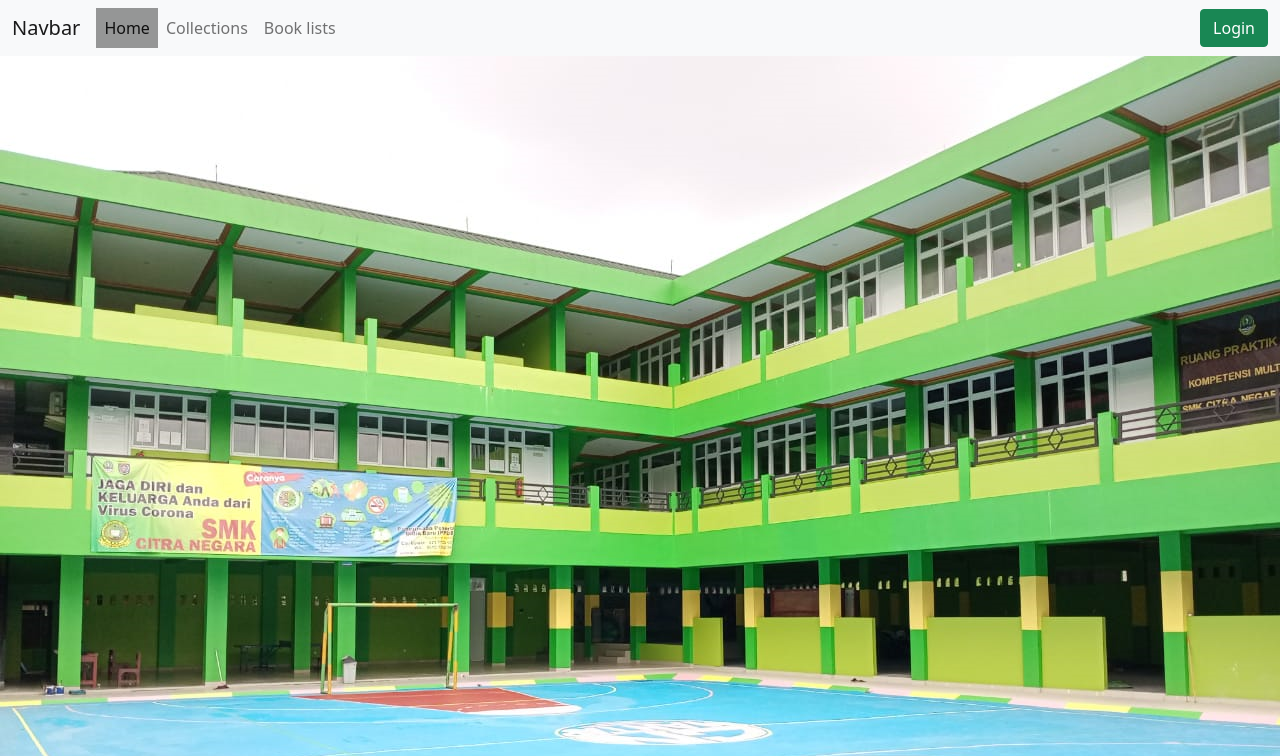
Repository: humanrizki/app-perpus-laravel-8
Page: http://localhost/home
An editor plug-in stored every save of this project. The page is shown before and after the next save, followed by the edit.
The browser window is 1280 px wide. The pictures show the whole page.
Some web libraries are served in a nearby version. The page is served by the project's Laravel application, run on PHP 8.4 with Laravel 8. Other server files are loaded and not shown.

Above is the page before, as saved 2021-11-25 11:49:34.

### routes/web.php
<?php

use App\Http\Controllers\CollectionController;
use Illuminate\Support\Facades\Route;

/*
|--------------------------------------------------------------------------
| Web Routes
|--------------------------------------------------------------------------
|
| Here is where you can register web routes for your application. These
| routes are loaded by the RouteServiceProvider within a group which
| contains the "web" middleware group. Now create something great!
|
*/

Route::get('/', function () {
    return view('welcome');
});

Auth::routes();

Route::get('/home', [App\Http\Controllers\HomeController::class, 'index'])->name('home');
Route::get('/collections',[CollectionController::class,'index'])->name('collections');
Route::get('/collections/{collection:slug}',[CollectionController::class,'show']);

### app/Http/Controllers/HomeController.php
<?php

namespace App\Http\Controllers;

use Illuminate\Http\Request;

class HomeController extends Controller
{
    /**
     * Create a new controller instance.
     *
     * @return void
     */
    public function __construct()
    {
        $this->middleware('guest');
    }

    /**
     * Show the application dashboard.
     *
     * @return \Illuminate\Contracts\Support\Renderable
     */
    public function index()
    {
        return view('HomeTemplate',[
            'title'=>'home page'
        ]);
    }
}

### resources/views/homeTemplate.blade.php
@extends('layouts.capp')
@section('content')
    <div class="container-img" style="width: 100%; height:700px; overflow:hidden;">
        <div class="img-content">
            <img src="img/cn.png" alt="" class="w-100" style="padding: 0px; margin:0px;">
        </div>
    </div>
@endsection

### resources/views/layouts/capp.blade.php
<!doctype html>
<html lang="en">
  <head>
    <meta charset="utf-8" />
    <meta http-equiv="X-UA-Compatible" content="IE=edge,chrome=1" />
    <meta content='width=device-width, initial-scale=1.0, maximum-scale=1.0, user-scalable=0, shrink-to-fit=no' name='viewport' />
    <title>{{ $title }}</title>

    <!--     Fonts and icons     -->
    <link href="https://fonts.googleapis.com/css?family=Montserrat:400,700,200" rel="stylesheet" />
    <link href="https://use.fontawesome.com/releases/v5.0.6/css/all.css" rel="stylesheet">
    <style>
      *,body{
        margin: 0px;
        padding: 0px;
      }
    </style>
    <link href="https://cdn.jsdelivr.net/npm/bootstrap@5.0.2/dist/css/bootstrap.min.css" rel="stylesheet" integrity="sha384-EVSTQN3/azprG1Anm3QDgpJLIm9Nao0Yz1ztcQTwFspd3yD65VohhpuuCOmLASjC" crossorigin="anonymous">
    <link rel="stylesheet" href="css/ul.css">
  </head>
  <body>
    @include('partials.header')
    @yield('content')

    <!--   Core JS Files   -->
    <script src="https://cdn.jsdelivr.net/npm/bootstrap@5.0.2/dist/js/bootstrap.bundle.min.js" integrity="sha384-MrcW6ZMFYlzcLA8Nl+NtUVF0sA7MsXsP1UyJoMp4YLEuNSfAP+JcXn/tWtIaxVXM" crossorigin="anonymous"></script>
  </body>
</html>

### resources/views/partials/header.blade.php

<nav class="navbar navbar-expand-lg navbar-light bg-light">
    <div class="container-fluid">
      <a class="navbar-brand" href="#">Navbar</a>
      <button class="navbar-toggler" type="button" data-bs-toggle="collapse" data-bs-target="#navbarSupportedContent" aria-controls="navbarSupportedContent" aria-expanded="false" aria-label="Toggle navigation">
        <span class="navbar-toggler-icon"></span>
      </button>
      <div class="collapse navbar-collapse" id="navbarSupportedContent">
        <ul class="navbar-nav me-auto mb-2 mb-lg-0">
          <li class="nav-item">
            <a class="nav-link {{ (request()->is('home')) ? 'active':'';}}" aria-current="page" href="/home">Home</a>
          </li>
          <li class="nav-item ">
            <a class="nav-link {{ (request()->is('collections*')) ? 'active':'';}}" href="/collections">Collections</a>
          </li>
          <li class="nav-item">
            <a class="nav-link {{ (request()->is('lists')) ? 'active':'';}}" href="/lists">Book lists</a>
          </li>
        </ul>
        <div class="container-login">
            <a href="/login" class="btn btn-success">Login</a>
        </div>
      </div>
    </div>
  </nav>

### public/css/ul.css
.nav-link.active{
    background-color: rgba(0, 0, 0, 0.4);
}

Loaded but not shown: app/Providers/AppServiceProvider.php (common file); app/Http/Controllers/Auth/ConfirmPasswordController.php (common file); app/Http/Controllers/Controller.php (common file)

After the next save:
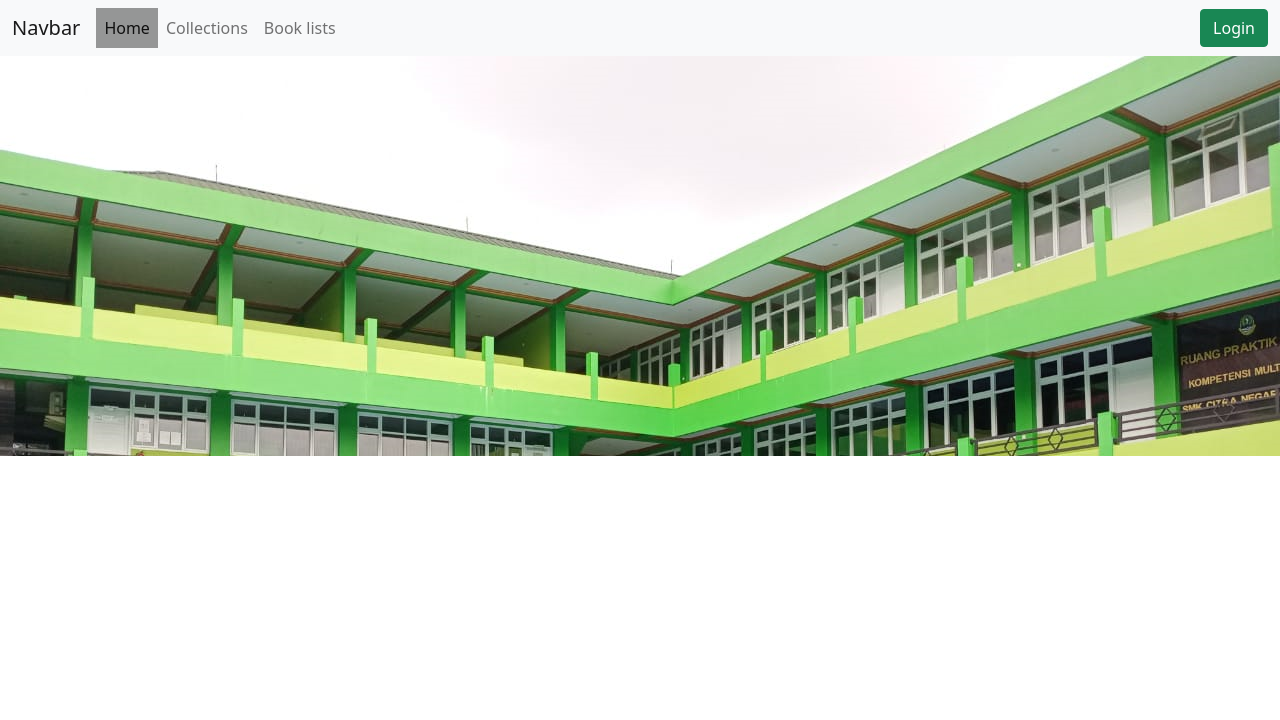
Saved 11 s later.
--- a/resources/views/homeTemplate.blade.php
+++ b/resources/views/homeTemplate.blade.php
@@ -1,6 +1,6 @@
 @extends('layouts.capp')
 @section('content')
-    <div class="container-img" style="width: 100%; height:700px; overflow:hidden;">
+    <div class="container-img" style="width: 100%; height:400px; overflow:hidden;">
         <div class="img-content">
             <img src="img/cn.png" alt="" class="w-100" style="padding: 0px; margin:0px;">
         </div>
